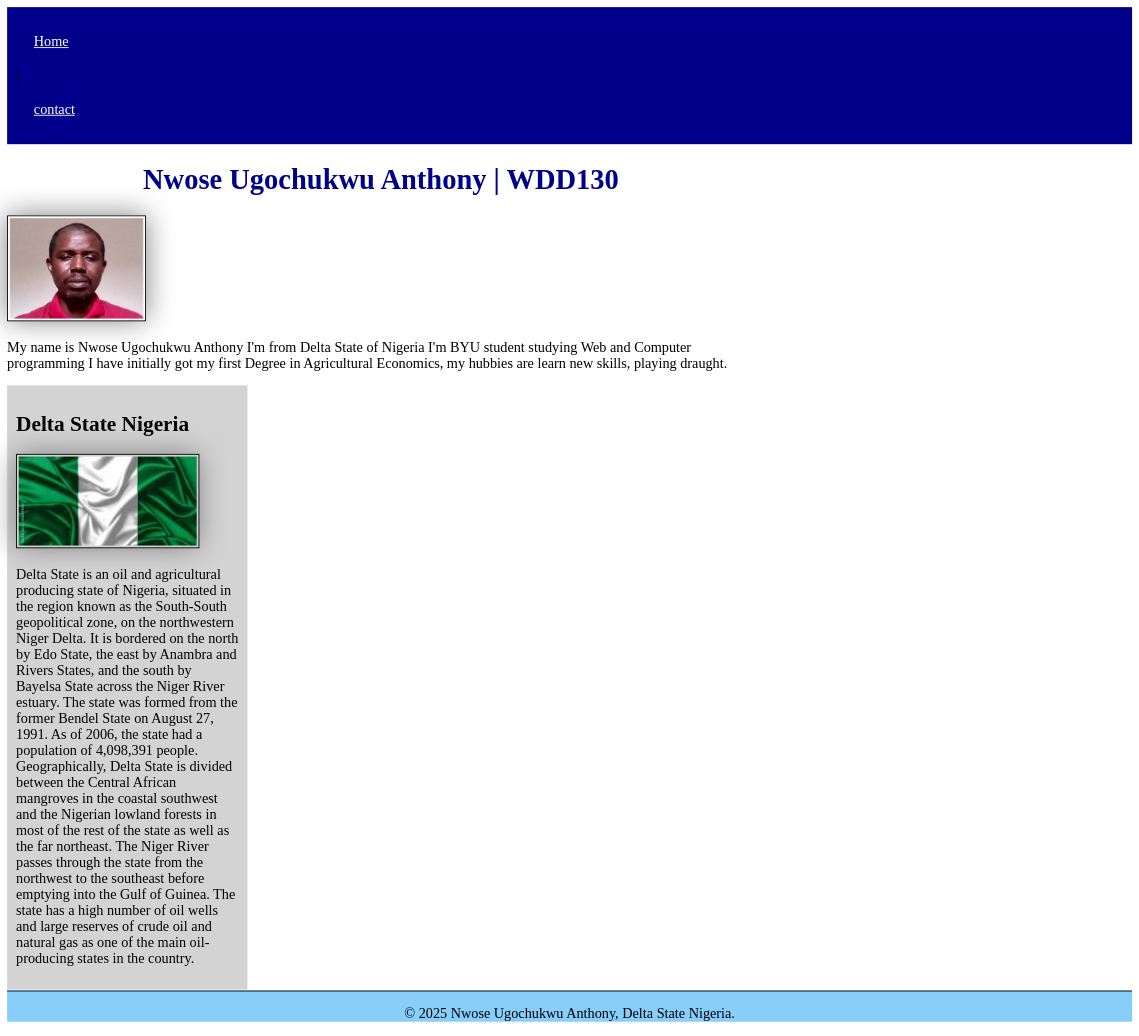
Repository: NoblesNigeria/wdd130
Page: index.html
These files come from the project's save history. The page is drawn as it stood at one moment and after the next save; the edit follows.
The browser window is 1280 px wide. The pictures show the whole page, at 89% of full size.

Above is the page before, as saved 2025-09-08 18:59:33.

### index.html
<!DOCTYPE html>
<html lang="en">

<head>
    <meta charset="UTF-8">
    <meta name="viewport" content="width=device-width, initial-scale=1.0">
    <title>Nwose Ugochukwu Anthony| WDD130</title>
    <meta name="description" content="This is my personal webpage">
    <meta name="Author" content="Nwose Ugochukwu Anthony">
    <link rel="stylesheet" href="styles/styles.css">
</head>

<body>
    <header>
        <nav>
            <a href="#">Home</a> |
            <a href="#">contact</a>
        </nav>
    </header>
    <main>
        <h1>Nwose Ugochukwu Anthony | WDD130</h1>
        <img src="images/profile.jpg" alt="Nwose Anthony" width="200">
        <p>My name is Nwose Ugochukwu Anthony I'm from Delta State of Nigeria I'm BYU student studying Web and Computer
            programming I have initially got my first Degree in Agricultural Economics, my hubbies are learn new skills,
            playing draught.
        </p>
    </main>
    <aside>
        <h2>Delta State Nigeria</h2>
        <img src="images/nigeria-flag.jpg" alt="Delta State Nigeria" width="200">
        <p>Delta State is an oil and agricultural producing state of Nigeria, situated in the region known as the
            South-South geopolitical zone, on the northwestern Niger Delta. It is bordered on the north by Edo State,
            the east by Anambra and Rivers States, and the south by Bayelsa State across the Niger River estuary. The
            state was formed from the former Bendel State on August 27, 1991. As of 2006, the state had a population of
            4,098,391 people. Geographically, Delta State is divided between the Central African mangroves in the
            coastal southwest and the Nigerian lowland forests in most of the rest of the state as well as the far
            northeast. The Niger River passes through the state from the northwest to the southeast before emptying
            into the Gulf of Guinea. The state has a high number of oil wells and large reserves of crude oil and
            natural gas as one of the main oil-producing states in the country.
        </p>
    </aside>
    <footer>
        <p>&copy; 2025 Nwose Ugochukwu Anthony, Delta State Nigeria.</p>
    </footer>

</body>

</html>

### styles/styles.css
nav {
    background-color: darkblue;
    padding: 10px;
}
nav a {
    color: white;
    display: block;
    padding: 20px;
}
h1 {
    color: darkblue;
    text-align: center;
}
main {
    width: 840px;
}
img {
    width: 150px;
    height: auto;
    border: 1px solid black;
    padding: 2px;
    box-shadow: 0 0 30px gray;
}
p {
    padding: 0;
}
aside{
    background-color: lightgray;
    padding: 10px;
    width: 250px;
}
aside img {
    width: 200px;
    height: auto;
}
footer {
    text-align: center;
    margin-top: 1px;
    border-top: 1px solid black;
    background-color: lightskyblue;
}

After the next save:
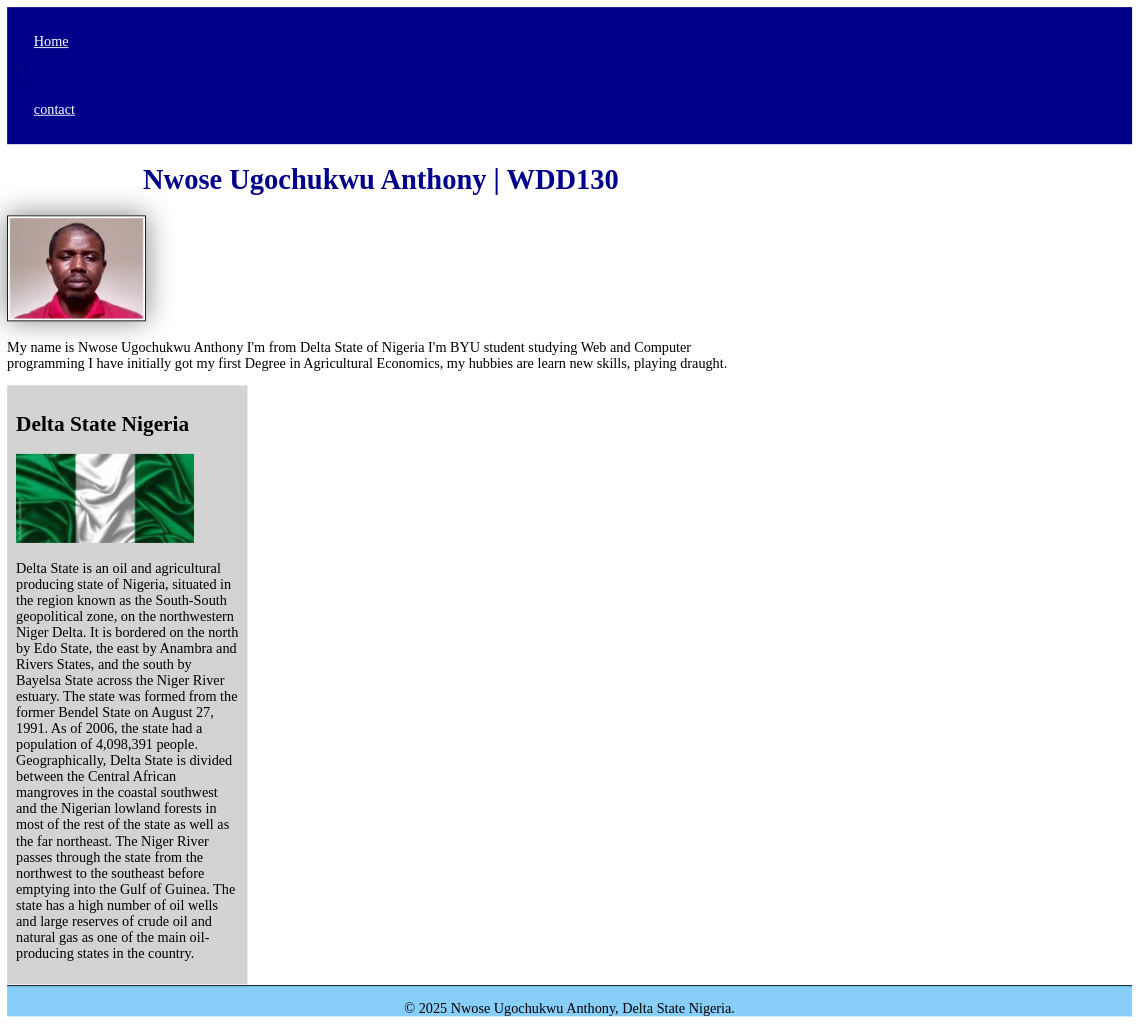
Saved 4 min 48 s later.
--- a/styles/styles.css
+++ b/styles/styles.css
@@ -14,7 +14,7 @@
 main {
     width: 840px;
 }
-img {
+main img {
     width: 150px;
     height: auto;
     border: 1px solid black;
@@ -29,7 +29,7 @@
     padding: 10px;
     width: 250px;
 }
-aside img {
+img {
     width: 200px;
     height: auto;
 }
